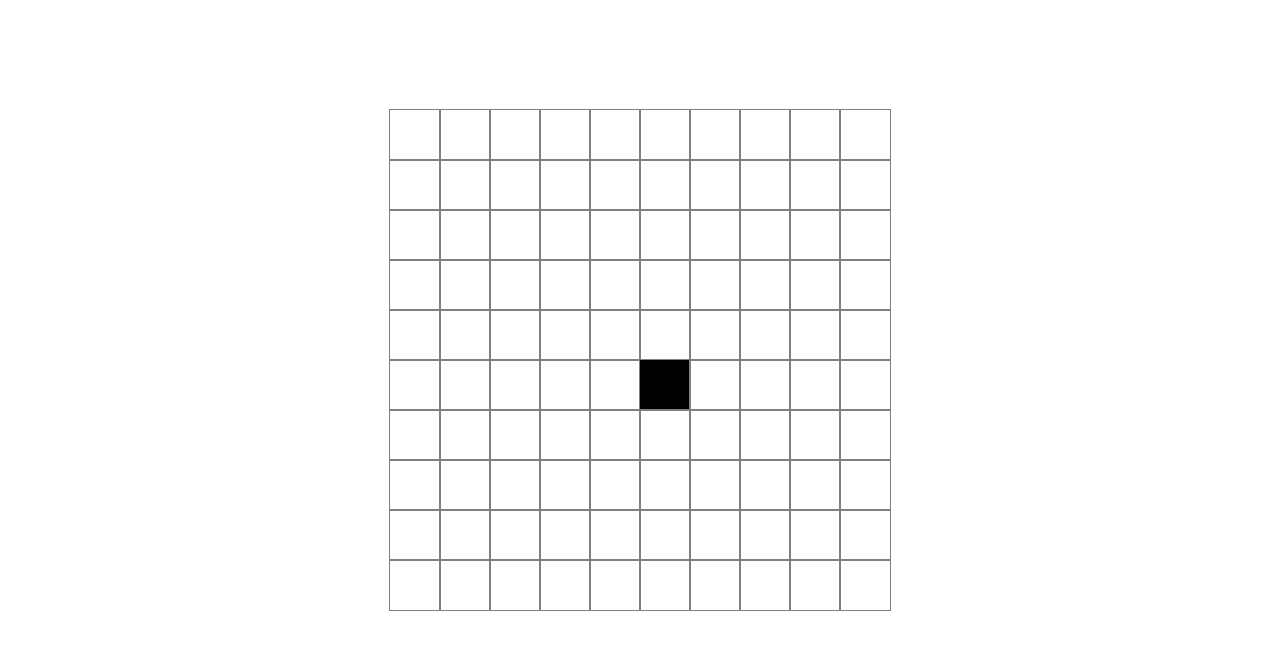
Repository: meills/react-snake
Page: /
An editor plug-in stored every save of this project. The page is shown before and after the next save, followed by the edit.
The browser window is 1280 px wide. The pictures show the whole page.
The project was rebuilt for these pictures with package versions that can differ from the ones it lists, and the page was loaded fresh each time. Also part of the build but not shown: src/styles/App.css.

Above is the page before, as saved 2020-06-10 23:39:40.

After the next save:
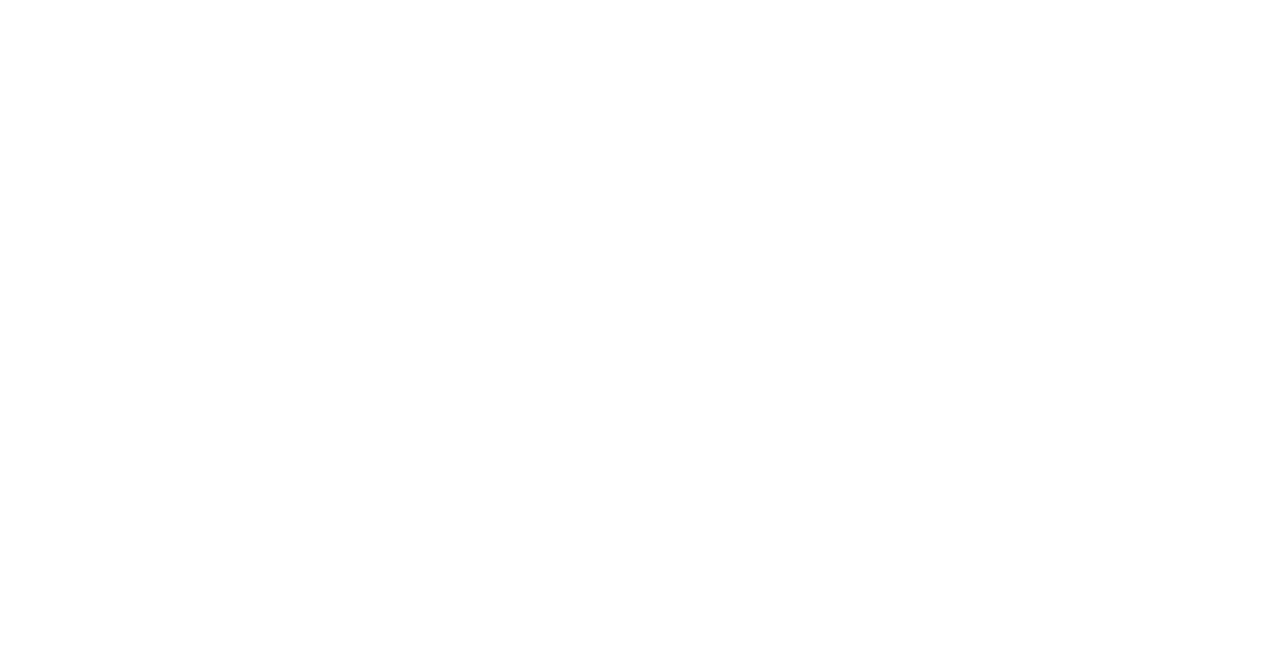
Saved 18 s later.
--- a/src/components/Grid.js
+++ b/src/components/Grid.js
@@ -84,7 +84,7 @@
         const food = this.getFood();
 
         this.setState({food: food});
-        this.resetGrid();
+        //this.resetGrid();
 
        //console.log(this.state.grid);
         window.fnInterval = setInterval(() => {

After the 2 saves that followed:
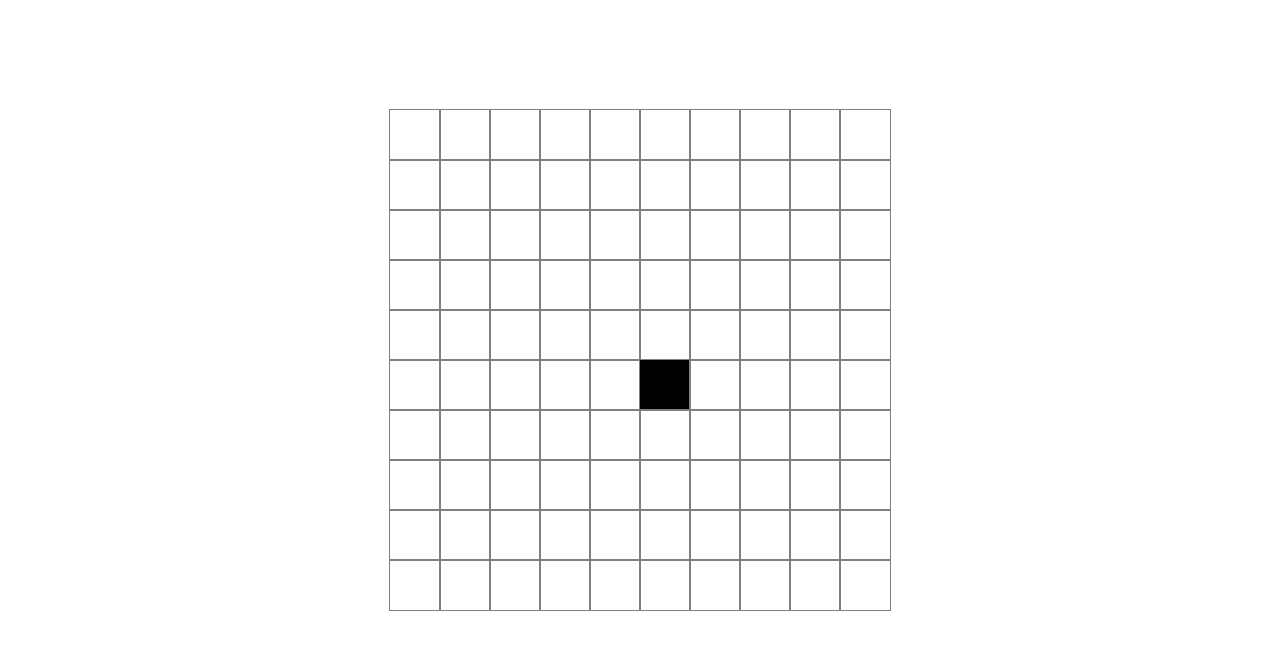
The 2 saves are shown as one change because 1 left the picture as it was.
The last was saved 24 s later.
--- a/src/components/Grid.js
+++ b/src/components/Grid.js
@@ -15,7 +15,6 @@
         currDir: 'right',
         tickTime: TICK_TIME,
     }
-
 
     resetGrid() {
         const grid = [];
@@ -84,7 +83,7 @@
         const food = this.getFood();
 
         this.setState({food: food});
-        //this.resetGrid();
+        this.resetGrid();
 
        //console.log(this.state.grid);
         window.fnInterval = setInterval(() => {
